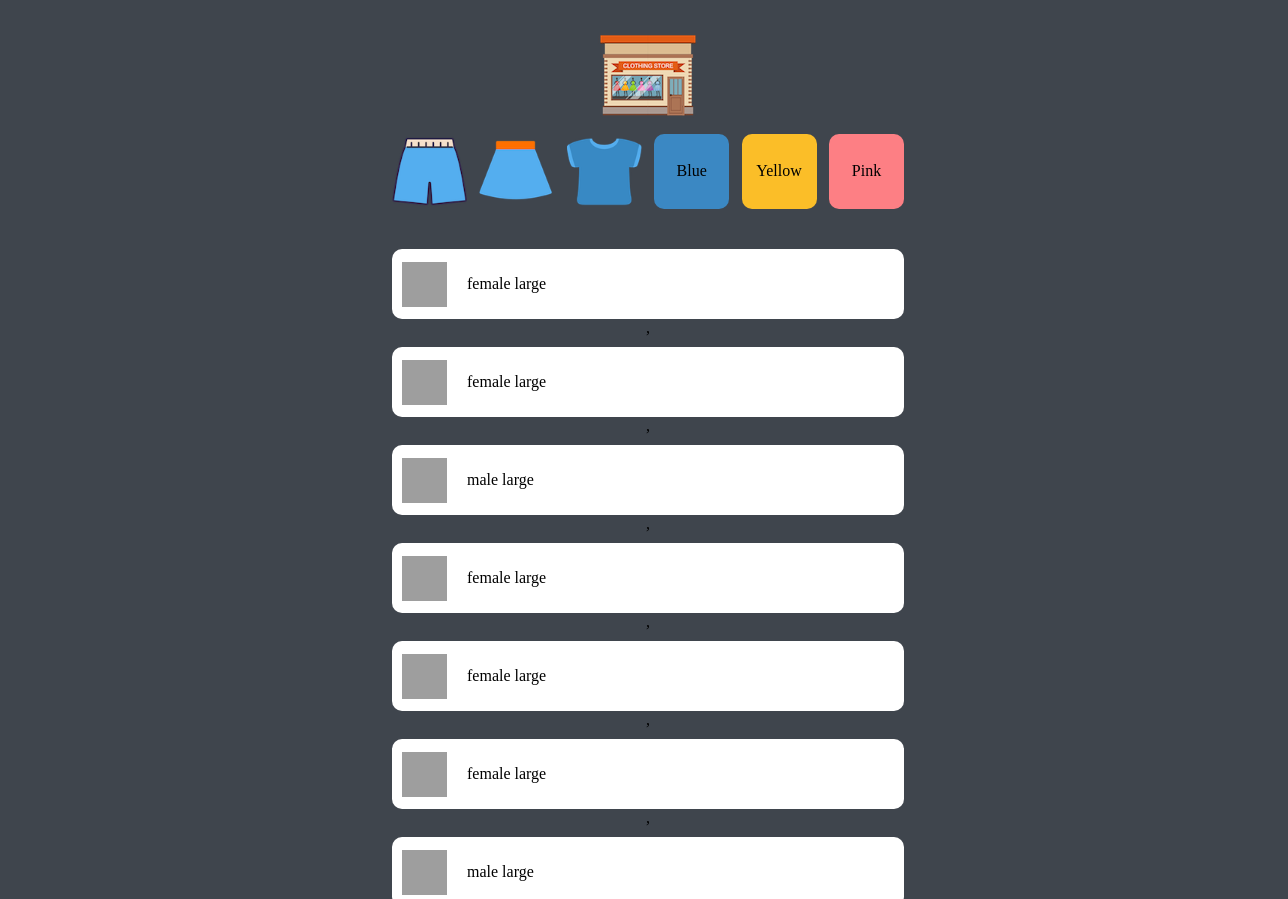
Repository: Jay-JYKim91/elle-shopping-mall
Page: index.html
The author's editor kept a copy of each file at every save. The page is drawn from the files as they stood at one save, then again after the next save.
The browser window is 1280 px wide. The page is 1288 px wide, so the pictures cover 1288 px, including what lies to the right of the window. The pictures show the whole page.
Pictures or frames that could not be fetched are drawn as grey boxes. An inner scrolling area shows only its first screen.

Above is the page before, as saved 2021-07-26 20:09:52.

After the next save:
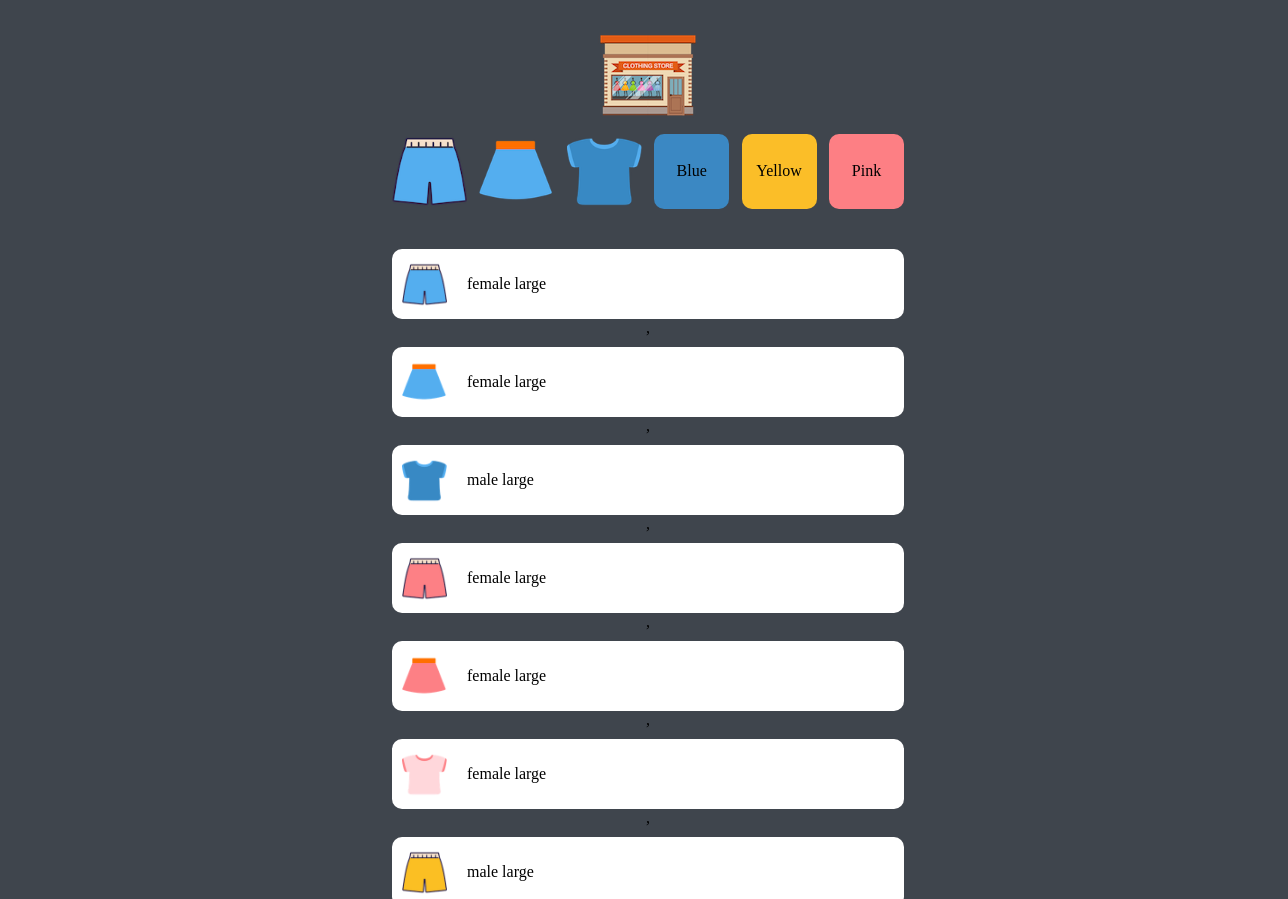
Saved 9 s later.
--- a/src/main.js
+++ b/src/main.js
@@ -11,7 +11,7 @@ function displayItems(items) {
 function createHTMLString(item) {
     return `
         <li class="list">
-            <img src="${item.img}" alt="${item.img}">
+            <img src="${item.image}" alt="${item.img}">
             <div class="description">
                 <p>${item.gender} ${item.size}</p>
             </div>
